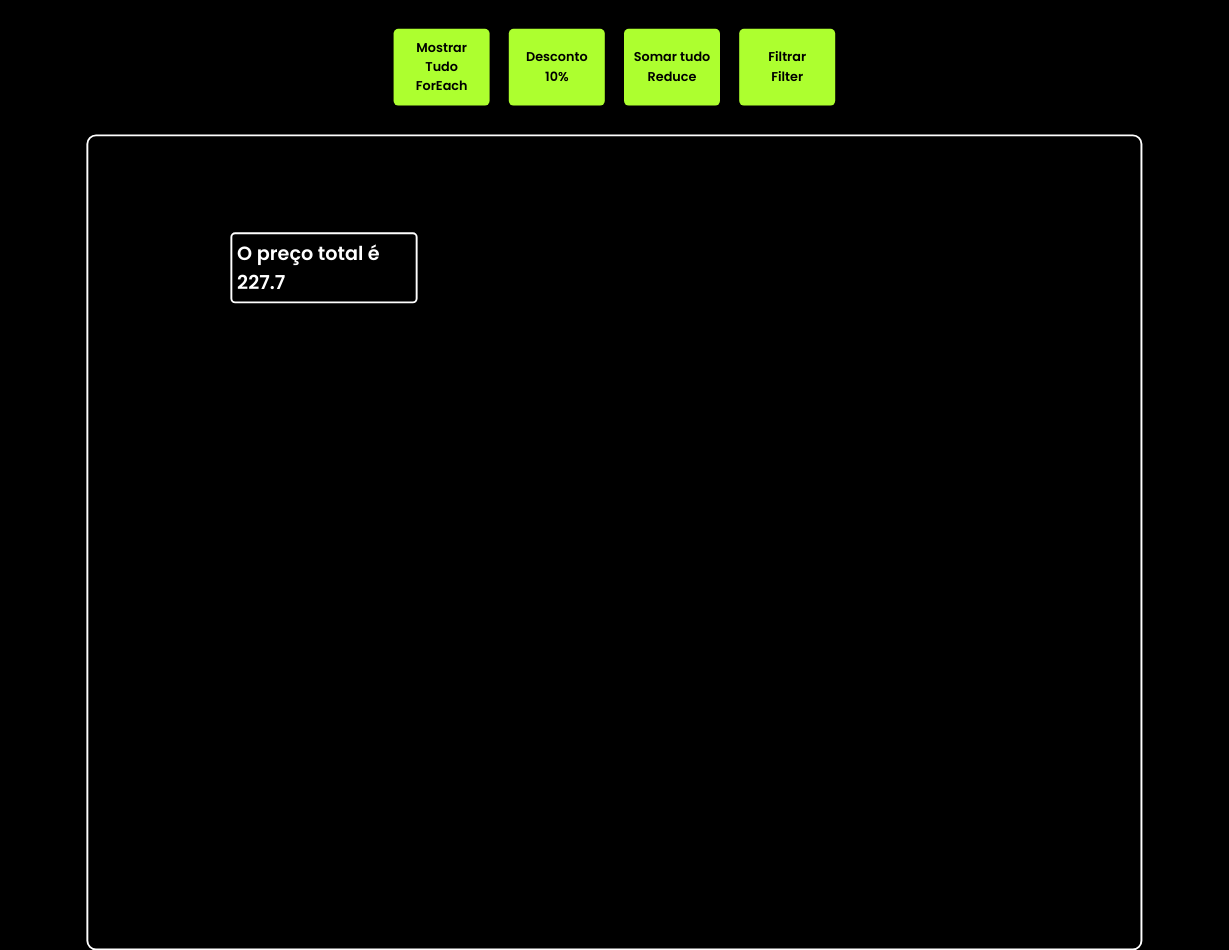
Repository: templaterj1991-Luiz/Main
Page: DevClub/Javascript/DevBurguer/index.html
An editor plug-in stored every save of this project. The page is shown before and after the next save, followed by the edit.
The browser window is 1280 px wide. The pictures show the whole page, at 96% of full size.
After loading, the first visible `#botao3` was clicked once.

Above is the page before, as saved 2026-05-25 17:57:38.

### DevClub/Javascript/DevBurguer/index.html
<!DOCTYPE html>
<html lang="pt-br">
<head>
    <meta charset="UTF-8">
    <meta name="viewport" content="width=device-width, initial-scale=1.0">
    <title>DevBurguer
    </title>
    <link rel="stylesheet" href="style.css">
</head>
<body>
    <div class="conteiner-button">
        <button id="botao1"> Mostrar Tudo <br>ForEach</button>
        <button id="botao2"> Desconto <br>10%</button>
        <button id="botao3"> Somar tudo <br>Reduce</button>
        <button id="botao4"> Filtrar <br>Filter</button>
    </div>

    <div class="borderul" id="mostrartudo">

    <ul>

    </ul>
    </div>



</body>
<script src="products.js"></script>
<script src="javascript.js"></script>
</html>

### DevClub/Javascript/DevBurguer/style.css
@import url('https://fonts.googleapis.com/css2?family=Poppins:wght@300;600&family=Roboto:ital,wght@0,100..900;1,100..900&display=swap');
* {
            margin: 0;
            padding: 0;
            box-sizing: border-box;
            font-family: "Poppins", sans-serif;
        }

img {
   width: 25vh;
   height: 25vh;
   border-radius: 10px;


}
body {
    background-color: black;
}
.conteiner-button {
    margin: 30px 0;
    display: flex;
    justify-content: center;
    align-items: center;
    gap: 20px;
}

button {
    background-color: greenyellow;
    height: 80px;
    width: 100px;
    border: none;
    border-radius: 5px;
    color: black;
    padding: 10px;
    cursor: pointer;
    font-weight: bold;
}

button:hover {
    opacity: 0.8;
}
img:hover {
    opacity: 0.9;
}

ul {
    list-style: none;
    display: grid;
    grid-template-columns: 200px 200px 200px;
    gap: 100px;
    justify-content: center;
    align-items: center;
    margin-top: 100px;
}

p {
    color: white;
    border-radius:15px;
    font-size: 20px;
    font-weight: bold;
    display: flex;
    justify-content: center;
    align-items: center;
}
li {
    border:solid white 2px;
    border-radius: 5px;
    width: 195px;
    padding: 5px;



}
.price {
    color: greenyellow  ;
}
.borderul {
    border: solid white 2px;
    border-radius: 10px;
    width: 1100px;
    height: 850px;
    margin:auto auto;

}
.borderul:hover {
    animation: piscarBordaverde 0.2s infinite alternate;
}

@keyframes piscarBordaverde {
    from {
        border-color: greenyellow;
    }

    to {
        border-color: white;
    }
}
li:hover {
    animation: piscarBorda 0.2s infinite alternate;
}

@keyframes piscarBorda {
    from {
        border-color: red;
    }

    to {
        border-color: white;
    }
}

### DevClub/Javascript/DevBurguer/products.js
const menuOptions = [
    { name: 'X-Salada', price: 30, vegan: false, src: './/Assets/xsalada.jpeg' },
    { name: 'X-Bacon', price: 34, vegan: false, src: './/Assets/xbacon.png' },
    { name: 'X-Bacon Egg', price: 39, vegan: false, src: './/Assets/bacon-egg.png' },
    { name: 'Monstruoso', price: 50, vegan: false, src: './/Assets/monstruoso.png' },
    { name: 'Big Vegano', price: 55, vegan: true, src: './/Assets/xvegan.png' },
    { name: 'X-Vegan', price: 45, vegan: true, src: './/Assets/monstruoso-vegan.png' },
]

### DevClub/Javascript/DevBurguer/javascript.js
const list = document.querySelector("ul")
const buttonshowall = document.querySelector("#botao1")
const buttonmap = document.querySelector("#botao2")
const reducebutton = document.querySelector("#botao3")
const filtervegan = document.querySelector("#botao4")


function formatCurrency(value) {
  const newValue = value.toLocaleString('pt-br', {
    style: 'currency',
    currency: 'BRL'
  })

  return newValue
}

function Showscreen(arrayProduct) {
  let myLi = ''
  arrayProduct.forEach((product) => {
    myLi += `
     <li>
         <img src=${product.src}>
         <p>${product.name}</p>
         <p class="price"> ${formatCurrency(product.price)}</p>
     </li>
  `

  })
  list.innerHTML = myLi
}
function mapitens() {
  const newprices = menuOptions.map((product) => ({
    ...product,
    price: product.price * 0.9
  }
  ))


  Showscreen(newprices)
}

function reducfunc() {

  const reduce = menuOptions.reduce((acc, curr) => acc + curr.price * 0.9, 0)


  list.innerHTML =

    `
     <li>

         <p>O preço total é ${reduce}</p>
     </li>
  `

}

function filtrovegano() {
  const filter = menuOptions.filter(product => product.vegan)

  Showscreen(filter)
}



buttonshowall.addEventListener("click", () => Showscreen(menuOptions))
buttonmap.addEventListener("click", mapitens)
reducebutton.addEventListener("click", reducfunc)
filtervegan.addEventListener("click", filtrovegano)

After the next save:
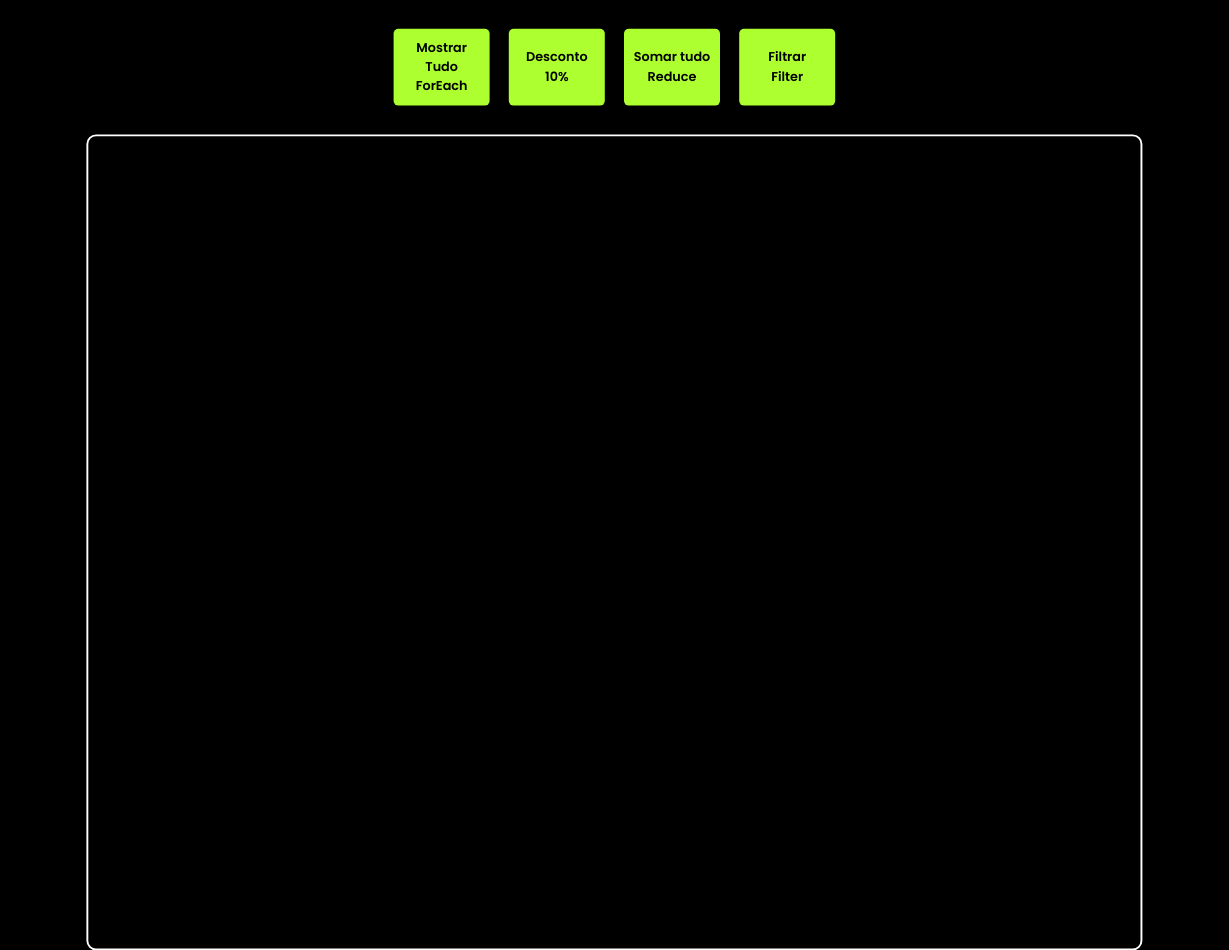
Console error: ReferenceError: formatCurrencyreduce is not defined
Saved 4 s later.
--- a/DevClub/Javascript/DevBurguer/javascript.js
+++ b/DevClub/Javascript/DevBurguer/javascript.js
@@ -49,7 +49,7 @@ function reducfunc() {
     `
      <li>
 
-         <p>O preço total é ${reduce}</p>
+         <p>O preço total é ${formatCurrencyreduce}</p>
      </li>
   `
 
